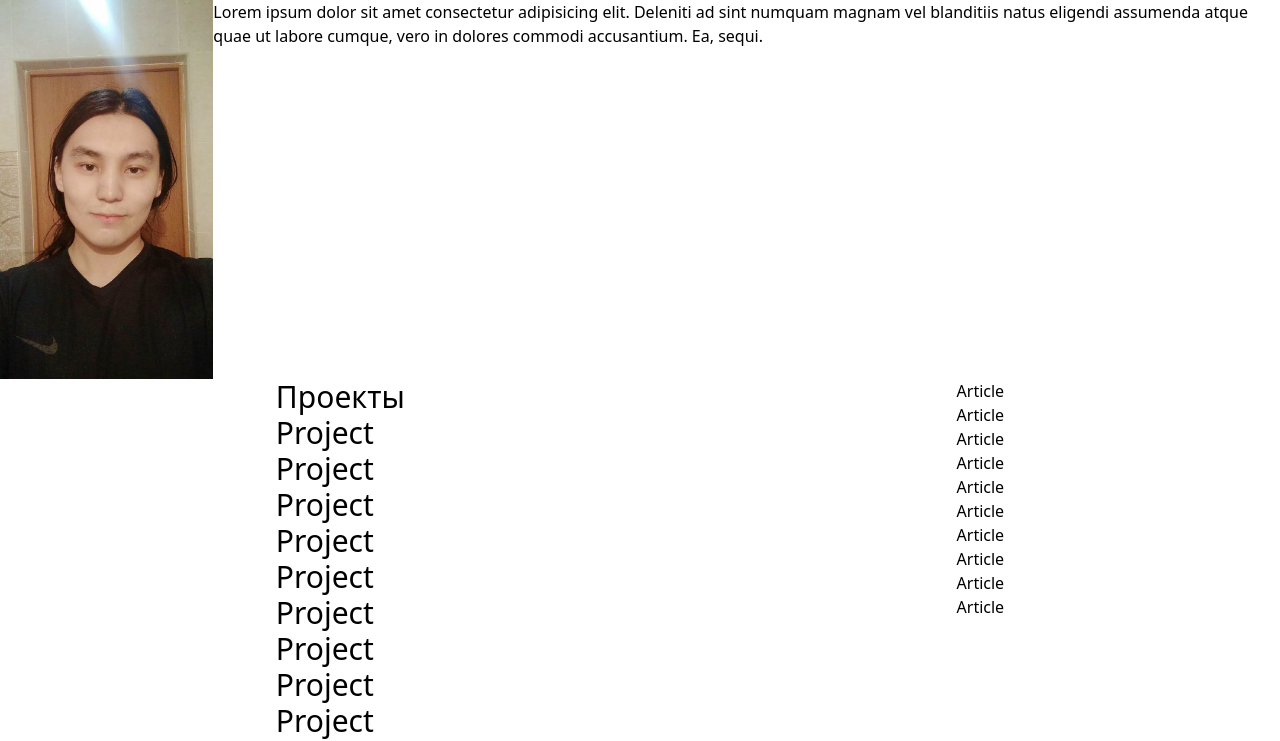
Repository: SkuldFuture/my-app
Page: /
An editor plug-in stored every save of this project. The page is shown before and after the next save, followed by the edit.
The browser window is 1280 px wide. The pictures show the whole page.
The project was rebuilt for these pictures with package versions that can differ from the ones it lists, and the page was loaded fresh each time. Also part of the build but not shown: src/App.css.

Above is the page before, as saved 2023-02-13 19:01:46.

After the next save:
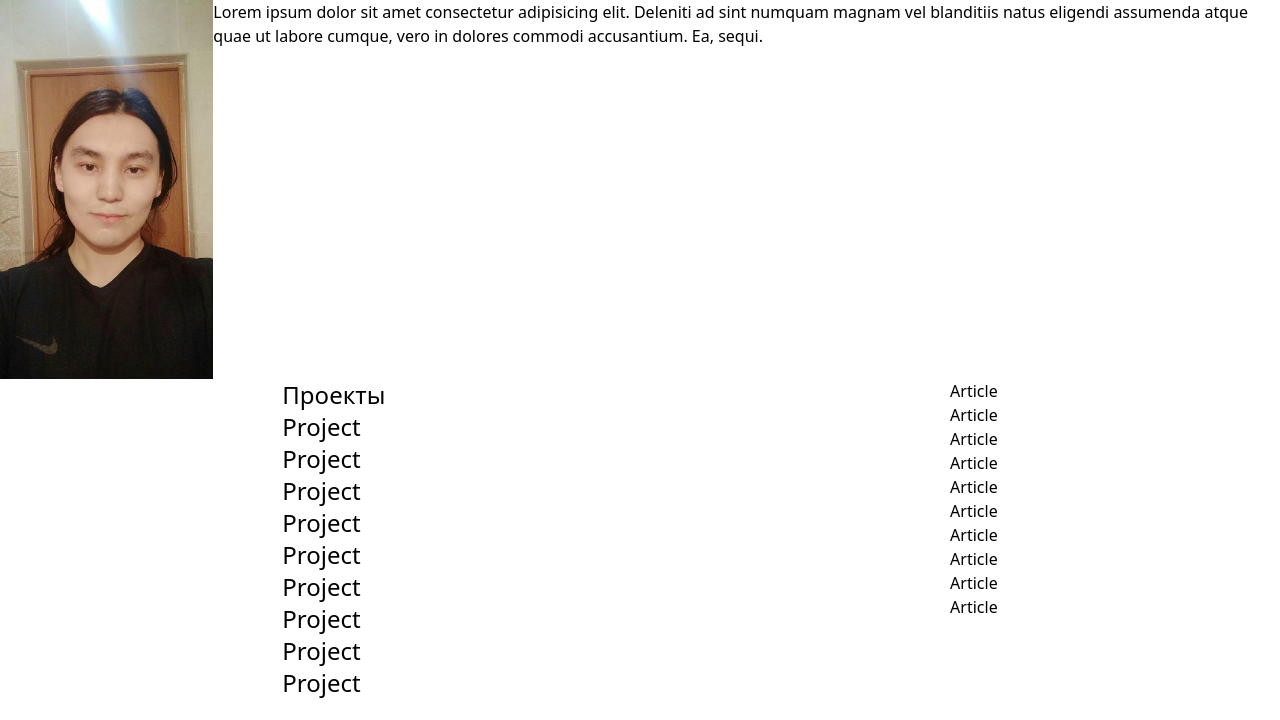
Saved 4 s later.
--- a/src/pages/Home.tsx
+++ b/src/pages/Home.tsx
@@ -7,7 +7,7 @@ export function Home() {
     <>
       <Header />
       <div className="flex flex-row justify-around">
-        <div className="text-3xl">
+        <div className="text-2xl">
         <Projects />
         </div>
         <div>
